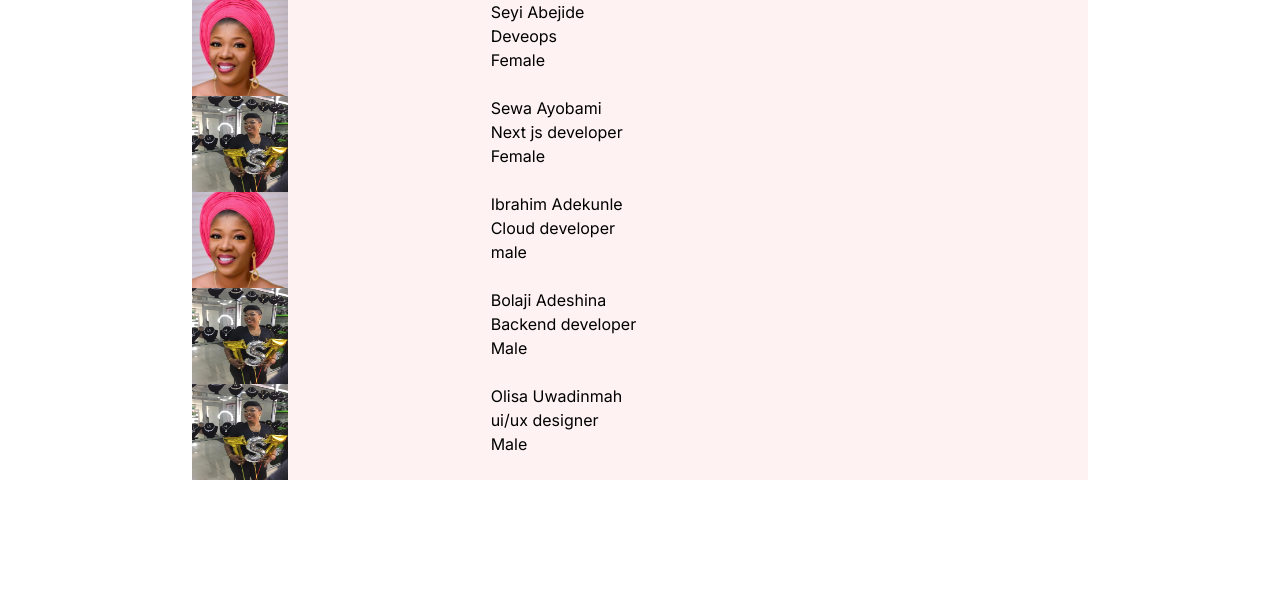
Repository: Semanmernstack/Bincom
Page: /
The author's editor kept a copy of each file at every save. The page is drawn from the files as they stood at one save, then again after the next save.
The browser window is 1280 px wide. The pictures show the whole page.
The project was rebuilt for these pictures with package versions that can differ from the ones it lists, and the page was loaded fresh each time. The framework's server and built-in components were replaced by stand-ins that run in the browser. Also part of the build but not shown: next.config.mjs.

Above is the page before, as saved 2024-01-25 05:21:03.

After the next save:
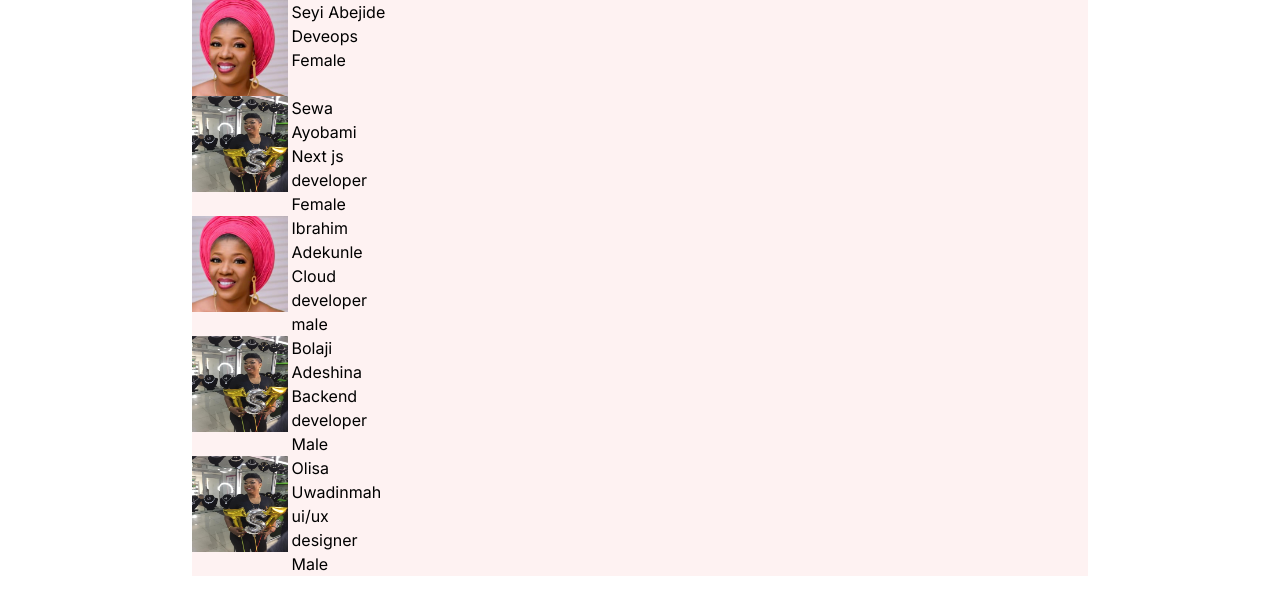
Saved 51 s later.
--- a/app/page.tsx
+++ b/app/page.tsx
@@ -57,7 +57,7 @@ export default function Home() {
     <main className=" flex flex-col max-w-4xl mx-auto bg-red-50">
 
         {data.map((p, index)=> (
-          <div key={index}>
+          <div className="grid grid-cols-1 sm:grid-cols-2 md:grid-cols-3" key={index}>
             <SetUp
               id={p.id}
               title={p.title}
